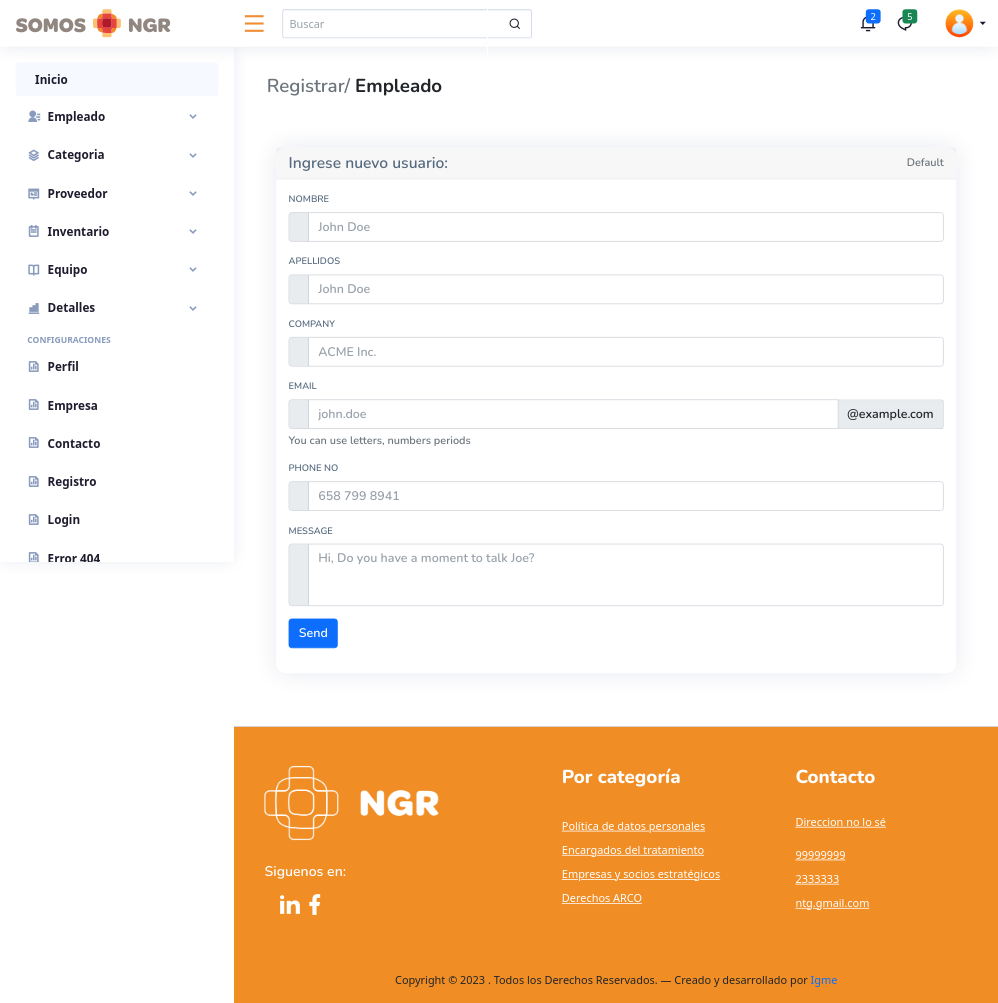
Repository: igmeMarcial/ProyectoLP-2023
Page: http://localhost/proyectoLP_2023/RegistrarEmpleado.jsp
The author's editor kept a copy of each file at every save. The page is drawn from the files as they stood at one save, then again after the next save.
The browser window is 1280 px wide. The pictures show the whole page, at 78% of full size.
Some web fonts or font styles are not loaded; a fallback is used. The page is served by Tomcat 9. The template is opened directly, without the code that normally fills it, so the values that code supplies are empty.

Above is the page before, as saved 2023-03-23 04:06:13.

After the next save:
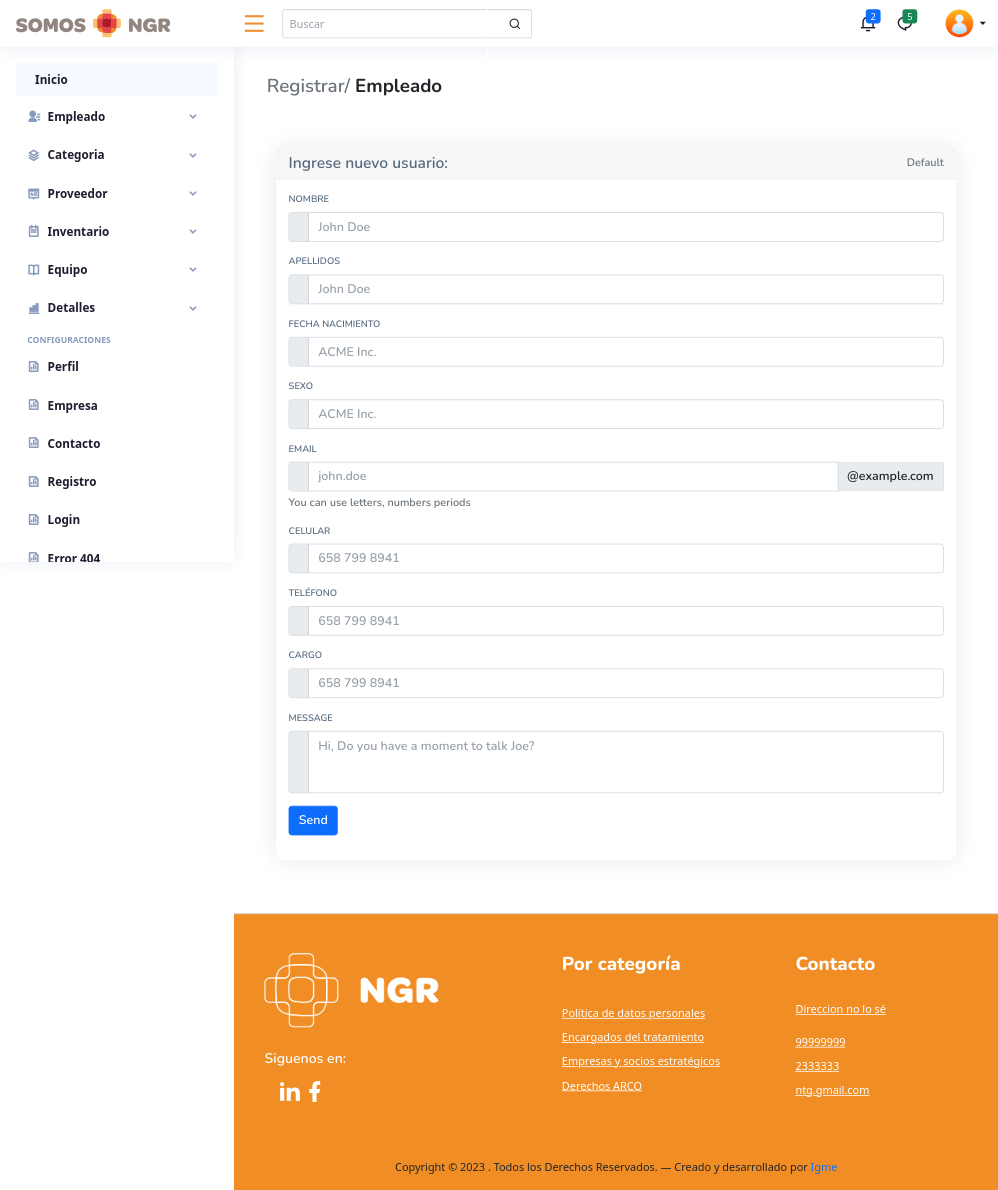
Saved 2 min 0 s later.
--- a/proyectoLP_2023/WebContent/RegistrarEmpleado.jsp
+++ b/proyectoLP_2023/WebContent/RegistrarEmpleado.jsp
@@ -318,7 +318,14 @@
 										</div>
 									</div>
 									<div class="mb-3">
-										<label class="form-label" for="basic-icon-default-company">Company</label>
+										<label class="form-label" for="basic-icon-default-company">Fecha Nacimiento</label>
+										<div class="input-group input-group-merge">
+											<span id="basic-icon-default-company2" class="input-group-text"><i class="bx bx-buildings"></i></span>
+											<input type="text" id="basic-icon-default-company" class="form-control" placeholder="ACME Inc." aria-label="ACME Inc." aria-describedby="basic-icon-default-company2" />
+										</div>
+									</div>
+									<div class="mb-3">
+										<label class="form-label" for="basic-icon-default-company">Sexo</label>
 										<div class="input-group input-group-merge">
 											<span id="basic-icon-default-company2" class="input-group-text"><i class="bx bx-buildings"></i></span>
 											<input type="text" id="basic-icon-default-company" class="form-control" placeholder="ACME Inc." aria-label="ACME Inc." aria-describedby="basic-icon-default-company2" />
@@ -334,7 +341,21 @@
 										<div class="form-text">You can use letters, numbers periods</div>
 									</div>
 									<div class="mb-3">
-										<label class="form-label" for="basic-icon-default-phone">Phone No</label>
+										<label class="form-label" for="basic-icon-default-phone">Celular</label>
+										<div class="input-group input-group-merge">
+											<span id="basic-icon-default-phone2" class="input-group-text"><i class="bx bx-phone"></i></span>
+											<input type="text" id="basic-icon-default-phone" class="form-control phone-mask" placeholder="658 799 8941" aria-label="658 799 8941" aria-describedby="basic-icon-default-phone2" />
+										</div>
+									</div>
+									<div class="mb-3">
+										<label class="form-label" for="basic-icon-default-phone">Teléfono</label>
+										<div class="input-group input-group-merge">
+											<span id="basic-icon-default-phone2" class="input-group-text"><i class="bx bx-phone"></i></span>
+											<input type="text" id="basic-icon-default-phone" class="form-control phone-mask" placeholder="658 799 8941" aria-label="658 799 8941" aria-describedby="basic-icon-default-phone2" />
+										</div>
+									</div>
+									<div class="mb-3">
+										<label class="form-label" for="basic-icon-default-phone">Cargo</label>
 										<div class="input-group input-group-merge">
 											<span id="basic-icon-default-phone2" class="input-group-text"><i class="bx bx-phone"></i></span>
 											<input type="text" id="basic-icon-default-phone" class="form-control phone-mask" placeholder="658 799 8941" aria-label="658 799 8941" aria-describedby="basic-icon-default-phone2" />
